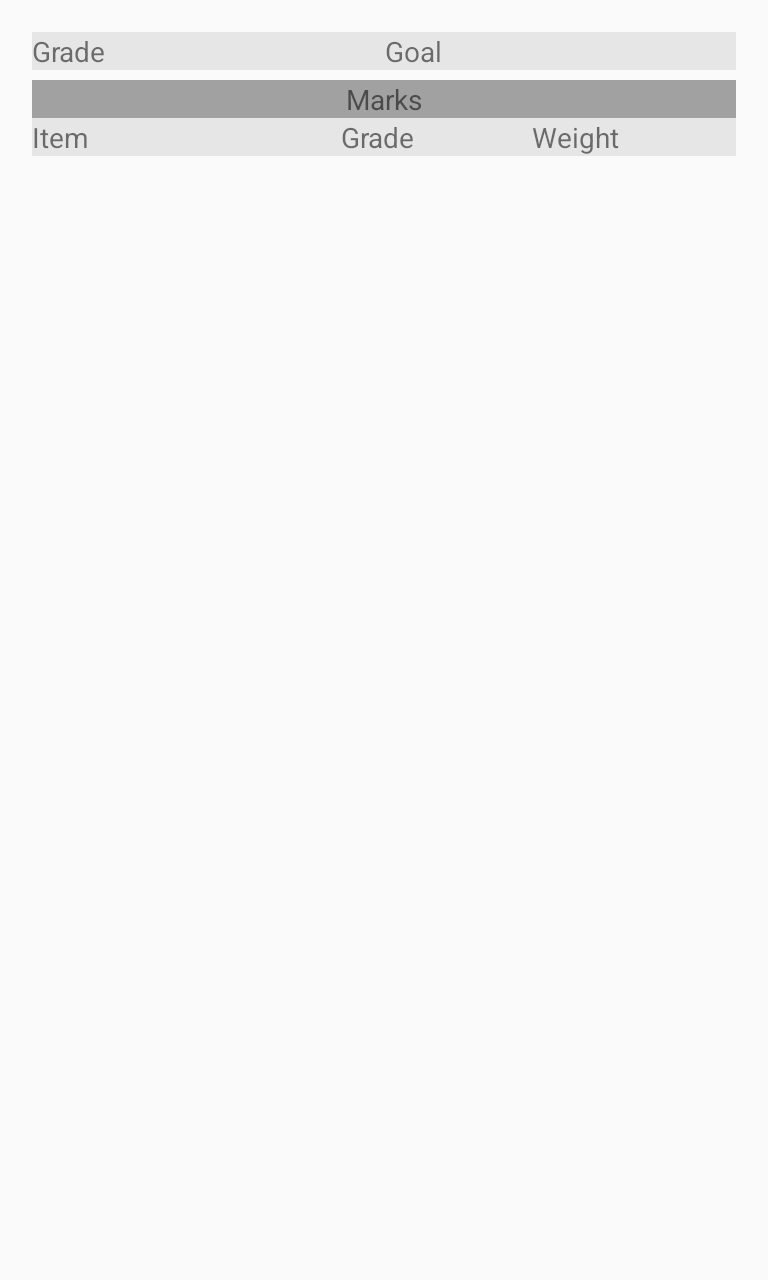
Repository: Tenergy05/GradePlanner
Layout: GradePlanner/res/layout/activity_view_course.xml
The author's editor kept a copy of each file at every save. The layout is drawn from the files as they stood at one save, then again after a run of saves.
It is drawn on a 768 x 1280 px phone screen (xhdpi) without system bars, with theme AppTheme; the app's code is not run.

Above is the layout before, as saved 2015-01-02 23:27:13.

### GradePlanner/res/layout/activity_view_course.xml
<TableLayout xmlns:android="http://schemas.android.com/apk/res/android"
    xmlns:tools="http://schemas.android.com/tools"
    android:layout_width="match_parent"
    android:layout_height="match_parent"
    android:paddingBottom="@dimen/activity_vertical_margin"
    android:paddingLeft="@dimen/activity_horizontal_margin"
    android:paddingRight="@dimen/activity_horizontal_margin"
    android:paddingTop="@dimen/activity_vertical_margin"
    tools:context="com.example.gradeplanner.ViewCourseActivity" >

    <TableRow
        android:layout_width="match_parent"
        android:layout_height="wrap_content"
        android:background="@color/grey">
        <TextView
            android:id="@+id/grade"
            android:text="@string/grade"
            android:layout_weight="0.5"/>

        <TextView
            android:id="@+id/goal"
            android:text="@string/goal"
            android:layout_weight="0.5"/>
    </TableRow>

    <TableRow
        android:layout_width="match_parent"
        android:layout_height="wrap_content"
        android:layout_marginTop="5dp"
        android:gravity="center"
        android:background="@color/darkgrey">
        <TextView
            android:text="@string/marks"
            />
    </TableRow>

    <TableRow
        android:layout_width="match_parent"
        android:layout_height="wrap_content"
        android:background="@color/grey">

        <TextView
            android:text="@string/item"
            android:layout_weight="0.5"/>

        <TextView
            android:text="@string/grade"
            android:layout_weight="0.25"/>

        <TextView
            android:text="@string/weight"
            android:layout_weight="0.25"/>
    </TableRow>

</TableLayout>

### GradePlanner/res/values/strings.xml
<?xml version="1.0" encoding="utf-8"?>
<resources>

    <string name="app_name">Grade Planner</string>
    <string name="add_course">Add Course</string>
    <string name="course">Course</string>
    <string name="grade">Grade</string>
    <string name="goal">Goal</string>
    <string name="weight">Weight</string>
    <string name="action_settings">Settings</string>
    <string name="title_activity_add_course">Add Course</string>
    <string name="course_code">Course Code</string>
    <string name="grade_goal">Course Goal</string>
    <string name="add_mark">Add Mark</string>
    <string name="percentage">%</string>
    <string name="submit">Submit</string>
    <string name="title_activity_add_mark">Add Mark</string>
    <string name="eval_name">Evaluation Name</string>
    <string name="eval_type">Evaluation Type</string>
    <string name="special_type">Replace all lower marks</string>
    <string name="title_activity_view_course">View Course</string>
    <string name="clear_courses">Clear Courses</string>
    <string name="marks">Marks</string>
    <string name="plan">Plan</string>
    <string name="item">Item</string>
    <color name="grey">#E6E6E6</color>
    <color name="darkgrey">#A1A1A1</color>

</resources>

Loaded but not shown: GradePlanner/res/values/styles.xml (common file); GradePlanner/res/values-v11/styles.xml (common file); GradePlanner/res/values-v14/styles.xml (common file); GradePlanner/res/values/dimens.xml (common file); GradePlanner/res/values-w820dp/dimens.xml (common file)

After the next 2 saves:
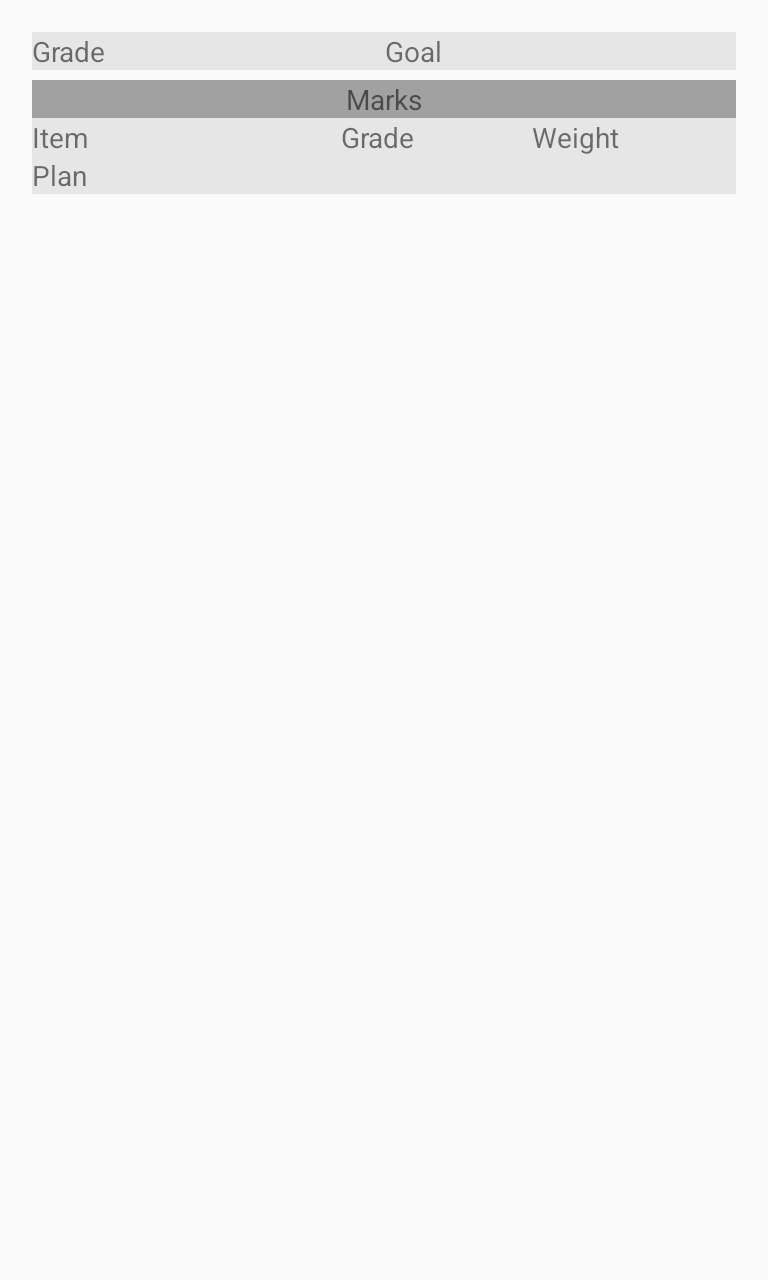
The 2 saves are shown as one change because 1 did not build or start.
The last was saved 4 min 17 s later.
--- a/GradePlanner/res/layout/activity_view_course.xml
+++ b/GradePlanner/res/layout/activity_view_course.xml
@@ -52,4 +52,14 @@
             android:layout_weight="0.25"/>
     </TableRow>
 
+    <TableRow
+        android:layout_width="match_parent"
+        android:layout_height="wrap_content"
+        android:layout_gravity="center"
+        android:background="@color/grey">
+
+        <TextView
+            android:text="@string/plan"/>
+    </TableRow>
+
 </TableLayout>
